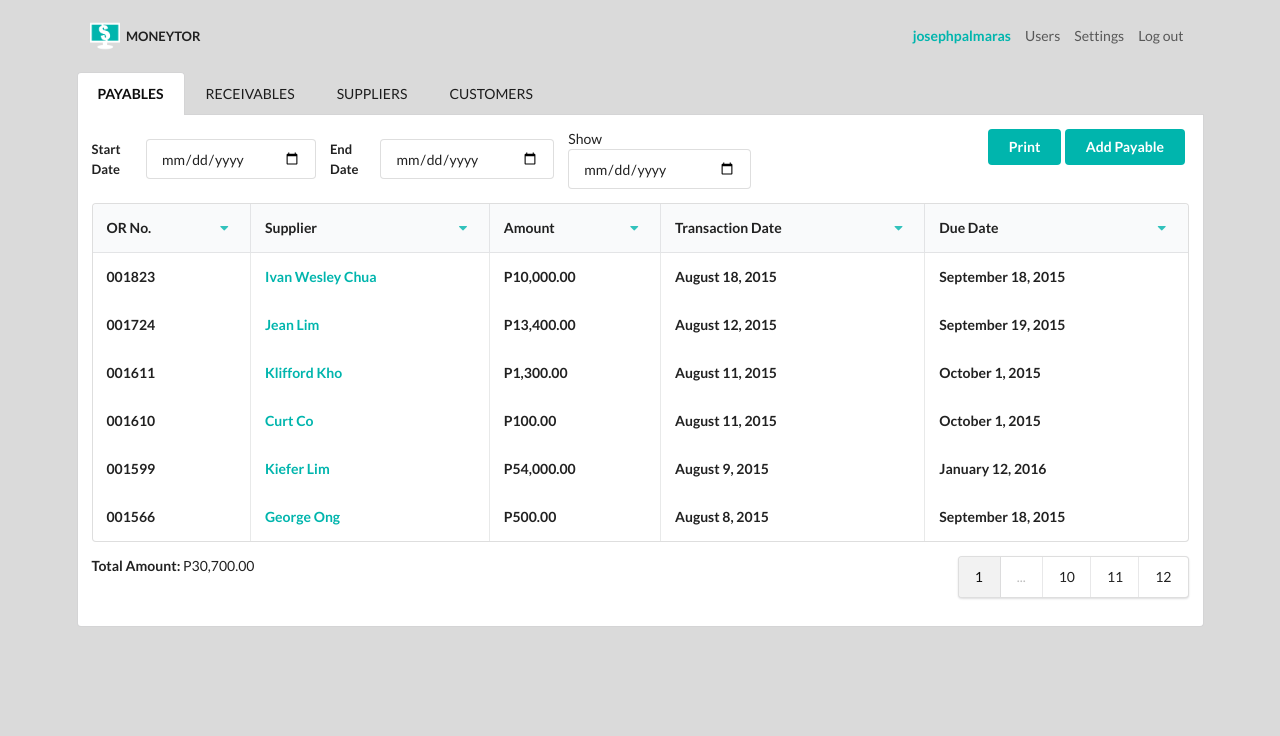
Repository: TV5/MoneyTor
Page: Workspace/MoneyTor/war/main.html
The author's editor kept a copy of each file at every save. The page is drawn from the files as they stood at one save, then again after the next save.
The browser window is 1280 px wide. The pictures show the whole page.

Above is the page before, as saved 2015-08-19 14:43:27.

### Workspace/MoneyTor/war/main.html
<!DOCTYPE html>
<html>
<head>
  <!-- Standard Meta -->
  <meta charset="utf-8" />
  <meta http-equiv="X-UA-Compatible" content="IE=edge,chrome=1" />
  <meta name="viewport" content="width=device-width, initial-scale=1.0, maximum-scale=1.0">

  <!-- Site Properities -->
  <title>Main Page</title>
  <link rel="stylesheet" type="text/css" href="../dist/components/reset.css">
  <link rel="stylesheet" type="text/css" href="../dist/components/site.css">

  <link rel="stylesheet" type="text/css" href="../dist/components/container.css">
  <link rel="stylesheet" type="text/css" href="../dist/components/grid.css">
  <link rel="stylesheet" type="text/css" href="../dist/components/header.css">
  <link rel="stylesheet" type="text/css" href="../dist/components/image.css">
  <link rel="stylesheet" type="text/css" href="../dist/components/menu.css">

  <link rel="stylesheet" type="text/css" href="../dist/components/divider.css">
  <link rel="stylesheet" type="text/css" href="../dist/components/segment.css">
  <link rel="stylesheet" type="text/css" href="../dist/components/form.css">
  <link rel="stylesheet" type="text/css" href="../dist/components/input.css">
  <link rel="stylesheet" type="text/css" href="../dist/components/button.css">
  <link rel="stylesheet" type="text/css" href="../dist/components/list.css">
  <link rel="stylesheet" type="text/css" href="../dist/components/message.css">
  <link rel="stylesheet" type="text/css" href="../dist/components/icon.css">
  <link rel="stylesheet" type="text/css" href="../dist/components/tab.min.css">
  <link rel="stylesheet" type="text/css" href="../dist/components/table.min.css">
  <link rel="stylesheet" type="text/css" href="../dist/components/modal.min.css">
  <link rel="stylesheet" type="text/css" href="../dist/components/dimmer.min.css">
  <link rel="stylesheet" type="text/css" href="../dist/components/transition.min.css">
  <script src="assets/library/jquery.min.js"></script>
  <script src="../dist/components/form.js"></script>
  <script src="../dist/components/transition.js"></script>
  <script src="../dist/components/tab.min.js"></script>
  <script src="../dist/components/modal.min.js"></script>
  <script src="../dist/components/dimmer.min.js"></script>
  <script src="../dist/components/transition.min.js"></script>

  <style type="text/css">
    body {
      background-color: #DADADA;
    }
    body > .grid {
      height: 100%;
    }
    .image {
      margin-top: -100px;
    }
    .column {
      max-width: 450px;
    }
    .firstmenu {
    	padding-left: 20px;
    	padding-right: 20px;
    	padding-top: 0px;
    }
    a {
    	color: #00b5ad;
    }
    .link {
    	color: #00b5ad !important;
    }
  </style>
</head>
<body>


<div class="ui container">
	<div class="ui text menu firstmenu" width="100%">
	  <img src="assets/images/logo.png" style="width:30px;height:30px;margin-top:5px">
	  <div class="header item">MONEYTOR </div>


	  <div class="right menu">
	   <a class="item link">
	     <b>josephpalmaras</b>
	   </a>
	   <a class="item">
	     Users
	   </a>
	   <a id="settingsLink" class="item">
	     Settings
	   </a>
	   <a class="ui item">
	      Log out
	    </a>
	  </div>

	</div>
	<div class="ui top attached tabular menu">
	  <a data-tab="payablesTab" class="item active" >
	    PAYABLES
	  </a>
	  <a data-tab="receivablesTab" class="item">
	    RECEIVABLES
	  </a>
	  <a data-tab="suppliersTab" class="item">
	    SUPPLIERS
	  </a>
	  <a data-tab="customersTab" class="item">
	    CUSTOMERS
	  </a>
	</div>

	<div class="ui bottom attached active tab segment" data-tab="payablesTab" style="padding-bottom:50px">
	  <div class="ui form ">
	  	<div class="inline fields" style="float:left">
	  	<div class="six wide field">
	      <label>Start Date</label>
	      <input type="date">
	    </div>
	    <div class="six wide field">
	      <label>End Date</label>
	      <input type="date">
	    </div>
	    <div class="four wide feild">
	      <label>Show</label>
	      <input type="date">
	    </div>
	    </div>
	    <div class="three wide feild" style="float:right">
	      <button id="addPayableBtn" class="ui button teal">Add Payable</button>
	    </div>
	    <div class="three wide feild" style="float:right">
		    <button class="ui button teal">Print</button>
	    </div>
	  </div>
	  <table class="ui celled padded table">
	  <thead>
	    <tr>
	    <th>OR No. <i class="dropdown icon link" style="float:right"></i></th>
	    <th>Supplier <i class="dropdown icon link" style="float:right"></i></th>
	    <th>Amount <i class="dropdown icon link" style="float:right"></i></th>
	    <th>Transaction Date <i class="dropdown icon link" style="float:right"></i></th>
	    <th>Due Date <i class="dropdown icon link" style="float:right"></i></th>
	  	</tr>
	  </thead>
	  <tbody>
	  	<tr>
	    <th>001823</th>
	    <th><a href="#">Ivan Wesley Chua</a></th>
	    <th>P10,000.00</th>
	    <th>August 18, 2015</th>
	    <th>September 18, 2015</th>
	  	</tr>
	  	<tr>
	    <th>001724</th>
	    <th><a href="#">Jean Lim</a></th>
	    <th>P13,400.00</th>
	    <th>August 12, 2015</th>
	    <th>September 19, 2015</th>
	  	</tr>
	  	<tr>
	    <th>001611</th>
	    <th><a href="#">Klifford Kho</a></th>
	    <th>P1,300.00</th>
	    <th>August 11, 2015</th>
	    <th>October 1, 2015</th>
	  	</tr>
	  	<tr>
	    <th>001610</th>
	    <th><a href="#">Curt Co</a></th>
	    <th>P100.00</th>
	    <th>August 11, 2015</th>
	    <th>October 1, 2015</th>
	  	</tr>
	  	<tr>
	    <th>001599</th>
	    <th><a href="#">Kiefer Lim</a></th>
	    <th>P54,000.00</th>
	    <th>August 9, 2015</th>
	    <th>January 12, 2016</th>
	  	</tr>
	  	<tr>
	    <th>001566</th>
	    <th><a href="#">George Ong</a></th>
	    <th>P500.00</th>
	    <th>August 8, 2015</th>
	    <th>September 18, 2015</th>
	  	</tr>
	  </tbody>
	  </table>
	<div class="ui pagination menu right" style="float:right">
	  <a class="active item">
	    1
	  </a>
	  <div class="disabled item">
	    ...
	  </div>
	  <a class="item">
	    10
	  </a>
	  <a class="item">
	    11
	  </a>
	  <a class="item">
	    12
	  </a>
	</div>
	<b>Total Amount: </b> P30,700.00</p>
	</div>

		<div class="ui bottom attached tab segment" data-tab="receivablesTab" style="padding-bottom:50px">
				  <div class="ui form ">
		  	<div class="inline fields" style="float:left">
		  	<div class="eight wide field">
		      <label>Start Date</label>
		      <input type="date">
		    </div>
		    <div class="eight wide field">
		      <label>End Date</label>
		      <input type="date">
		    </div>
		    </div>
		    <div class="three wide feild" style="float:right">
		      <button id="addPayableBtn" class="ui button teal">Add Receivable</button>
		    </div>
		    <div class="three wide feild" style="float:right">
			    <button class="ui button teal">Print</button>
		    </div>
		  </div>
		  <table class="ui celled padded table">
		  <thead>
		    <tr>
		    <th>OR No. <i class="dropdown icon link" style="float:right"></i></th>
		    <th>Customer <i class="dropdown icon link" style="float:right"></i></th>
		    <th>Amount <i class="dropdown icon link" style="float:right"></i></th>
		    <th>Transaction Date <i class="dropdown icon link" style="float:right"></i></th>
		    <th>Due Date <i class="dropdown icon link" style="float:right"></i></th>
		  	</tr>
		  </thead>
		  <tbody>
		  	<tr>
		    <th>001823</th>
		    <th><a href="#">Ivan Wesley Chua</a></th>
		    <th>P10,000.00</th>
		    <th>August 18, 2015</th>
		    <th>September 18, 2015</th>
		  	</tr>
		  	<tr>
		    <th>001724</th>
		    <th><a href="#">Jean Lim</a></th>
		    <th>P13,400.00</th>
		    <th>August 12, 2015</th>
		    <th>September 19, 2015</th>
		  	</tr>
		  	<tr>
		    <th>001611</th>
		    <th><a href="#">Klifford Kho</a></th>
		    <th>P1,300.00</th>
		    <th>August 11, 2015</th>
		    <th>October 1, 2015</th>
		  	</tr>
		  	<tr>
		    <th>001610</th>
		    <th><a href="#">Curt Co</a></th>
		    <th>P100.00</th>
		    <th>August 11, 2015</th>
		    <th>October 1, 2015</th>
		  	</tr>
		  	<tr>
		    <th>001599</th>
		    <th><a href="#">Kiefer Lim</a></th>
		    <th>P54,000.00</th>
		    <th>August 9, 2015</th>
		    <th>January 12, 2016</th>
		  	</tr>
		  	<tr>
		    <th>001566</th>
		    <th><a href="#">George Ong</a></th>
		    <th>P500.00</th>
		    <th>August 8, 2015</th>
		    <th>September 18, 2015</th>
		  	</tr>
		  </tbody>
		  </table>
		<div class="ui pagination menu right" style="float:right">
		  <a class="active item">
		    1
		  </a>
		  <div class="disabled item">
		    ...
		  </div>
		  <a class="item">
		    10
		  </a>
		  <a class="item">
		    11
		  </a>
		  <a class="item">
		    12
		  </a>
		</div>
		<b>Total Amount: </b> P30,700.00</p>
	</div>
		<div class="ui bottom attached tab segment" data-tab="suppliersTab" style="padding-bottom:50px">
			<table class="ui celled padded table">
			  <thead>
			    <tr>
			    <th>Name <i class="dropdown icon link" style="float:right"></i></th>
			    <th>Address <i class="dropdown icon link" style="float:right"></i></th>
			    <th>Contact <i class="dropdown icon link" style="float:right"></i></th>
			    <th>Terms <i class="dropdown icon link" style="float:right"></i></th>
			    <th>Date Created <i class="dropdown icon link" style="float:right"></i></th>
			    <th>Date Updated <i class="dropdown icon link" style="float:right"></i></th>
			  	</tr>
			  </thead>
			  <tbody>

			  </tbody>
			  </table>
		  <button class="ui button teal">Add Suppliers</button>
			<div class="ui pagination menu right" style="float:right">
			  <a class="active item">
			    1
			  </a>
			  <div class="disabled item">
			    ...
			  </div>
			  <a class="item">
			    10
			  </a>
			  <a class="item">
			    11
			  </a>
			  <a class="item">
			    12
			  </a>
			</div>
		</div>
		<div class="ui bottom attached tab segment" data-tab="customersTab" style="padding-bottom:50px">
						<table class="ui celled padded table">
			  <thead>
			    <tr>
			    <th>Name <i class="dropdown icon link" style="float:right"></i></th>
			    <th>Address <i class="dropdown icon link" style="float:right"></i></th>
			    <th>Contact <i class="dropdown icon link" style="float:right"></i></th>
			    <th>Terms <i class="dropdown icon link" style="float:right"></i></th>
			    <th>Date Created <i class="dropdown icon link" style="float:right"></i></th>
			    <th>Date Updated <i class="dropdown icon link" style="float:right"></i></th>
			  	</tr>
			  </thead>
			  <tbody>

			  </tbody>
			  </table>
			   <button class="ui button teal">Add Customers</button>
			<div class="ui pagination menu right" style="float:right">
			  <a class="active item">
			    1
			  </a>
			  <div class="disabled item">
			    ...
			  </div>
			  <a class="item">
			    10
			  </a>
			  <a class="item">
			    11
			  </a>
			  <a class="item">
			    12
			  </a>
			</div>
		</div>
	</div>


<div id="userSettings" class="ui modal">
  <div class="header">User Settings</div>
  <div class="content">
    <form class="ui form">

    	<div class="inline fields">
		    <div class="two wide field">
		      <label>Username</label>
		    </div>
		    <div class="fourteen wide field">
		      josephpalmaras
		    </div>
		</div>

		<div class="inline fields">
		    <div class="two wide field">
		      <label>Password</label>
		    </div>
		    <div class="fourteen wide field">
		      <text>****** </text> <a href="#">change password</a>
		    </div>
		</div>

		<div class="inline fields">
		    <div class="two wide field">
		      <label>Name</label>
		    </div>
		    <div class="fourteen wide field">
		      <input type="text" value="Joseph Gabriell Palmaras"/>
		    </div>
		</div>
    </form>
  </div>
		<div class="actions">
			<div class="ui approve button teal">Save</div>
		    <div class="ui cancel button teal">Cancel</div>
		</div>
</div>

<!-- PAYABLE INFORMATION -->
<div id="addPayable" class="ui modal">
  <div class="header">Account Payable</div>
  <div class="content">
    <form class="ui form">

    	<div class="inline fields">
		    <div class="two wide field">
		      <label>Supplier Name</label>
		    </div>
		    <div class="fourteen wide field">
		      <input type="text">
		    </div>
		</div>

    	<div class="inline fields">
		    <div class="two wide field">
		      <label>Official Receipt Number</label>
		    </div>
		    <div class="fourteen wide field">
		      <input type="text">
		    </div>
		</div>

		<div class="inline fields">
		    <div class="two wide field">
		      <label>Amount</label>
		    </div>
		    <div class="fourteen wide field">
		      <input type="number">
		    </div>
		</div>

		<div class="inline fields">
		    <div class="two wide field">
		      <label>Transaction Date</label>
		    </div>
		    <div class="fourteen wide field">
		      <input type="date">
		    </div>
		</div>

		<div class="inline fields">
		    <div class="two wide field">
		      <label>Due Date</label>
		    </div>
		    <div class="fourteen wide field">
		      <input type="date">
		    </div>
		</div>


    </form>
  </div>
  <div class="actions">
    <div class="ui approve button teal">Save</div>
    <div class="ui button teal">Add More</div>
    <div class="ui cancel button teal">Cancel</div>
  </div>
</div>


<!-- SUPPLIER INFORMATION
<div id="addPayable" class="ui modal">
  <div class="header">Supplier</div>
  <div class="content">
    <form class="ui form">

    	<div class="inline fields">
		    <div class="two wide field">
		      <label>Name</label>
		    </div>
		    <div class="fourteen wide field">
		      <input type="text">
		    </div>
		</div>

    	<div class="inline fields">
		    <div class="two wide field">
		      <label>Address</label>
		    </div>
		    <div class="fourteen wide field">
		      <input type="text">
		    </div>
		</div>

    	<div class="inline fields">
		    <div class="two wide field">
		      <label>Contact Number</label>
		    </div>
		    <div class="fourteen wide field">
		      <input type="text">
		    </div>
		</div>

    	<div class="inline fields">
		    <div class="two wide field">
		      <label>Terms</label>
		    </div>
		    <div class="seven wide field">
		      <input type="number">
		    </div>
		    <div class="seven wide field">
		      <select class="ui fluid dropdown">
    			<option value="">days</option>
    			<option value="">weeks</option>
    			<option value="">months</option>
    			<option value="">years</option>
    		  </select>
		    </div>
		</div>

    </form>
  </div>
  <div class="actions">
    <div class="ui approve button">Save</div>
    <div class="ui button">Add More</div>
    <div class="ui cancel button">Cancel</div>
  </div>
</div> -->

</body>
<script type="text/javascript">

/* 	$('.ui .item').on('click', function() {
	    $('.ui .item').removeClass('active');
	    $(this).addClass('active');
	});  */

	$('.top.menu .item').tab();

	$('#addPayableBtn').click(function(){
		$('#addPayable').modal('show');
	});

	$('#settingsLink').click(function(){
		$('#userSettings').modal('show');
	});

</script>
</html>

### Workspace/MoneyTor/war/dist/components/site.css
/*!
 * # Semantic UI 2.0.8 - Site
 * http://github.com/semantic-org/semantic-ui/
 *
 *
 * Copyright 2015 Contributors
 * Released under the MIT license
 * http://opensource.org/licenses/MIT
 *
 */


/*******************************
             Page
*******************************/

@import url('https://fonts.googleapis.com/css?family=Lato:400,700,400italic,700italic&subset=latin');
html,
body {
  height: 100%;
}
html {
  font-size: 14px;
}
body {
  margin: 0px;
  padding: 0px;
  overflow-x: hidden;
  min-width: 320px;
  background: #ffffff;
  font-family: 'Lato', 'Helvetica Neue', Arial, Helvetica, sans-serif;
  font-size: 14px;
  line-height: 1.4285em;
  color: rgba(0, 0, 0, 0.87);
  font-smoothing: antialiased;
}


/*******************************
             Headers
*******************************/

h1,
h2,
h3,
h4,
h5 {
  font-family: 'Lato', 'Helvetica Neue', Arial, Helvetica, sans-serif;
  line-height: 1.2857em;
  margin: calc(2rem -  0.14285em ) 0em 1rem;
  font-weight: bold;
  padding: 0em;
}
h1 {
  min-height: 1rem;
  font-size: 2rem;
}
h2 {
  font-size: 1.714rem;
}
h3 {
  font-size: 1.28rem;
}
h4 {
  font-size: 1.071rem;
}
h5 {
  font-size: 1rem;
}
h1:first-child,
h2:first-child,
h3:first-child,
h4:first-child,
h5:first-child {
  margin-top: 0em;
}
h1:last-child,
h2:last-child,
h3:last-child,
h4:last-child,
h5:last-child {
  margin-bottom: 0em;
}


/*******************************
             Text
*******************************/

p {
  margin: 0em 0em 1em;
  line-height: 1.4285em;
}
p:first-child {
  margin-top: 0em;
}
p:last-child {
  margin-bottom: 0em;
}

/*-------------------
        Links
--------------------*/

a {
  color: #4183c4;
  text-decoration: none;
}
a:hover {
  color: #1e70bf;
  text-decoration: none;
}


/*******************************
          Highlighting
*******************************/


/* Site */
::-webkit-selection {
  background-color: #cce2ff;
  color: rgba(0, 0, 0, 0.87);
}
::-moz-selection {
  background-color: #cce2ff;
  color: rgba(0, 0, 0, 0.87);
}
::selection {
  background-color: #cce2ff;
  color: rgba(0, 0, 0, 0.87);
}

/* Form */
textarea::-webkit-selection,
input::-webkit-selection {
  background-color: rgba(100, 100, 100, 0.4);
  color: rgba(0, 0, 0, 0.87);
}
textarea::-moz-selection,
input::-moz-selection {
  background-color: rgba(100, 100, 100, 0.4);
  color: rgba(0, 0, 0, 0.87);
}
textarea::selection,
input::selection {
  background-color: rgba(100, 100, 100, 0.4);
  color: rgba(0, 0, 0, 0.87);
}


/*******************************
        Global Overrides
*******************************/



/*******************************
         Site Overrides
*******************************/

### Workspace/MoneyTor/war/dist/components/container.css
/*!
 * # Semantic UI 2.0.8 - Container
 * http://github.com/semantic-org/semantic-ui/
 *
 *
 * Copyright 2015 Contributors
 * Released under the MIT license
 * http://opensource.org/licenses/MIT
 *
 */


/*******************************
            Container
*******************************/


/* All Sizes */
.ui.container {
  display: block;
  max-width: 100% !important;
}

/* Mobile */
@media only screen and (max-width: 767px) {
  .ui.container {
    width: auto;
    margin-left: 1em !important;
    margin-right: 1em !important;
  }
  .ui.grid.container {
    width: auto !important;
  }
}

/* Tablet */
@media only screen and (min-width: 768px) and (max-width: 991px) {
  .ui.container {
    width: 723px;
    margin-left: auto !important;
    margin-right: auto !important;
  }
  .ui.grid.container {
    width: calc( 723px  +  2em ) !important;
  }
}

/* Small Monitor */
@media only screen and (min-width: 992px) and (max-width: 1199px) {
  .ui.container {
    width: 933px;
    margin-left: auto !important;
    margin-right: auto !important;
  }
  .ui.grid.container {
    width: calc( 933px  +  2em ) !important;
  }
}

/* Large Monitor */
@media only screen and (min-width: 1200px) {
  .ui.container {
    width: 1127px;
    margin-left: auto !important;
    margin-right: auto !important;
  }
  .ui.grid.container {
    width: calc( 1127px  +  2em ) !important;
  }
}


/*******************************
             Types
*******************************/


/* Text Container */
.ui.text.container {
  font-family: 'Lato', 'Helvetica Neue', Arial, Helvetica, sans-serif;
  max-width: 700px !important;
  line-height: 1.5;
}
.ui.text.container {
  font-size: 1.14285714rem;
}

/* Fluid */
.ui.fluid.container {
  width: 100%;
}


/*******************************
           Variations
*******************************/

.ui[class*="left aligned"].container {
  text-align: left;
}
.ui[class*="center aligned"].container {
  text-align: center;
}
.ui[class*="right aligned"].container {
  text-align: right;
}
.ui.justified.container {
  text-align: justify;
  -webkit-hyphens: auto;
     -moz-hyphens: auto;
      -ms-hyphens: auto;
          hyphens: auto;
}


/*******************************
         Theme Overrides
*******************************/



/*******************************
         Site Overrides
*******************************/

Loaded but not shown: Workspace/MoneyTor/war/dist/components/tab.min.css (common file); Workspace/MoneyTor/war/dist/components/table.min.css (library); Workspace/MoneyTor/war/dist/components/modal.min.css (library); Workspace/MoneyTor/war/dist/components/dimmer.min.css (common file); Workspace/MoneyTor/war/dist/components/transition.min.css (library); Workspace/MoneyTor/war/assets/library/jquery.min.js (library); Workspace/MoneyTor/war/dist/components/tab.min.js (library); Workspace/MoneyTor/war/dist/components/modal.min.js (library); Workspace/MoneyTor/war/dist/components/dimmer.min.js (library); Workspace/MoneyTor/war/dist/components/transition.min.js (library); Workspace/MoneyTor/war/dist/components/form.js (1308 lines, source omitted); Workspace/MoneyTor/war/dist/components/transition.js (1072 lines, source omitted); Workspace/MoneyTor/war/dist/components/button.css (3230 lines, source omitted); Workspace/MoneyTor/war/dist/components/grid.css (1879 lines, source omitted); Workspace/MoneyTor/war/dist/components/icon.css (2601 lines, source omitted); Workspace/MoneyTor/war/dist/components/menu.css (1891 lines, source omitted); Workspace/MoneyTor/war/dist/components/form.css (994 lines, source omitted); Workspace/MoneyTor/war/dist/components/list.css (923 lines, source omitted); Workspace/MoneyTor/war/dist/components/segment.css (751 lines, source omitted); Workspace/MoneyTor/war/dist/components/header.css (721 lines, source omitted); Workspace/MoneyTor/war/dist/components/input.css (486 lines, source omitted); Workspace/MoneyTor/war/dist/components/message.css (462 lines, source omitted); Workspace/MoneyTor/war/dist/components/reset.css (423 lines, source omitted); Workspace/MoneyTor/war/dist/components/divider.css (260 lines, source omitted); Workspace/MoneyTor/war/dist/components/image.css (301 lines, source omitted)

After the next save:
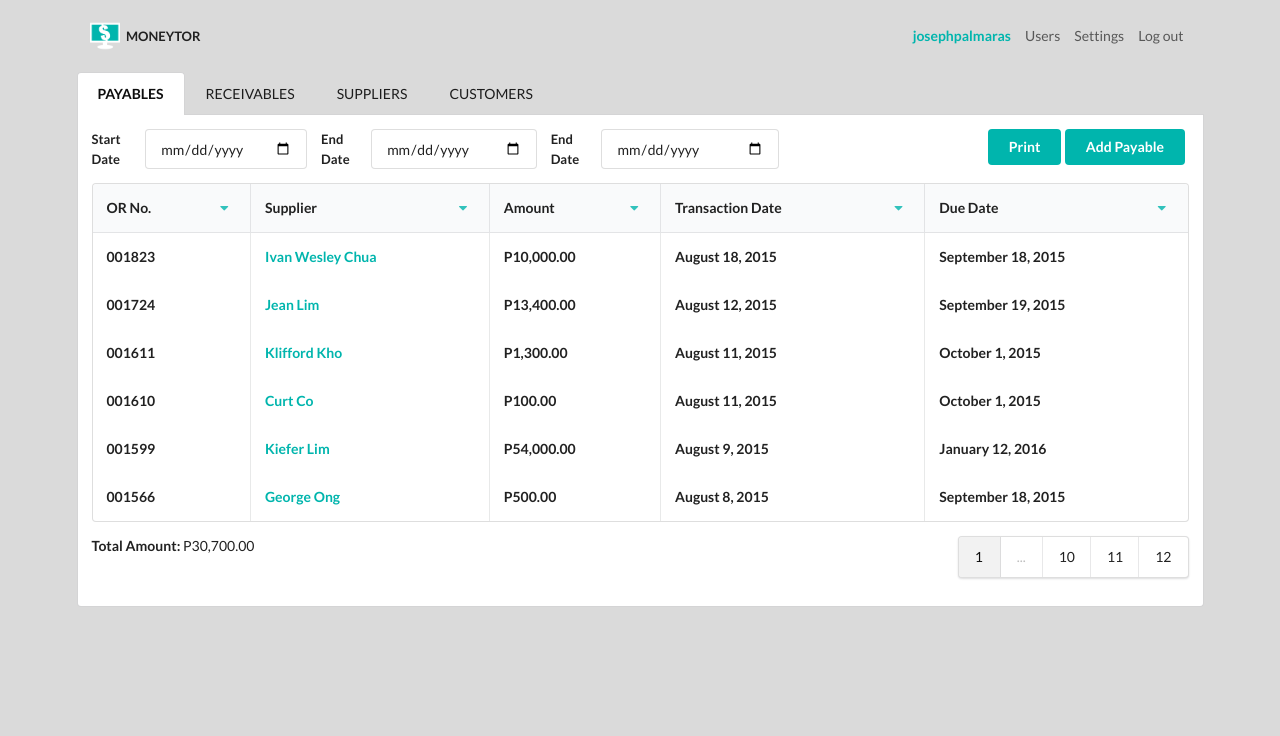
Saved 25 s later.
--- a/Workspace/MoneyTor/war/main.html
+++ b/Workspace/MoneyTor/war/main.html
@@ -115,8 +115,9 @@
 	      <label>End Date</label>
 	      <input type="date">
 	    </div>
-	    <div class="four wide feild">
-	      <label>Show</label>
+
+	    <div class="six wide field">
+	      <label>End Date</label>
 	      <input type="date">
 	    </div>
 	    </div>
